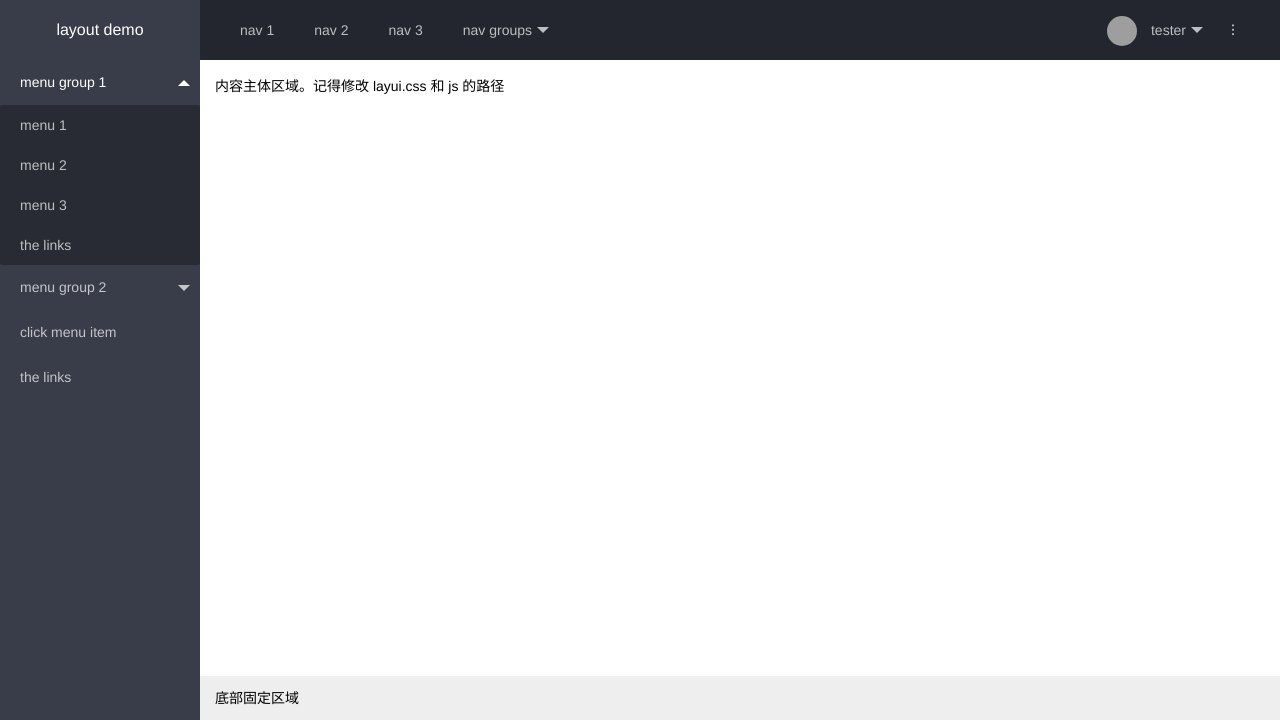
Repository: lithronmatic/web_bigbigevent
Page: index.html
These files come from the project's save history. The page is drawn as it stood at one moment and after the next save; the edit follows.
The browser window is 1280 px wide. The pictures show the whole page.
Pictures or frames that could not be fetched are drawn as grey boxes. The page's requests for data from a server got no answer.

Above is the page before, as saved 2022-09-02 21:25:05.

After the next save:
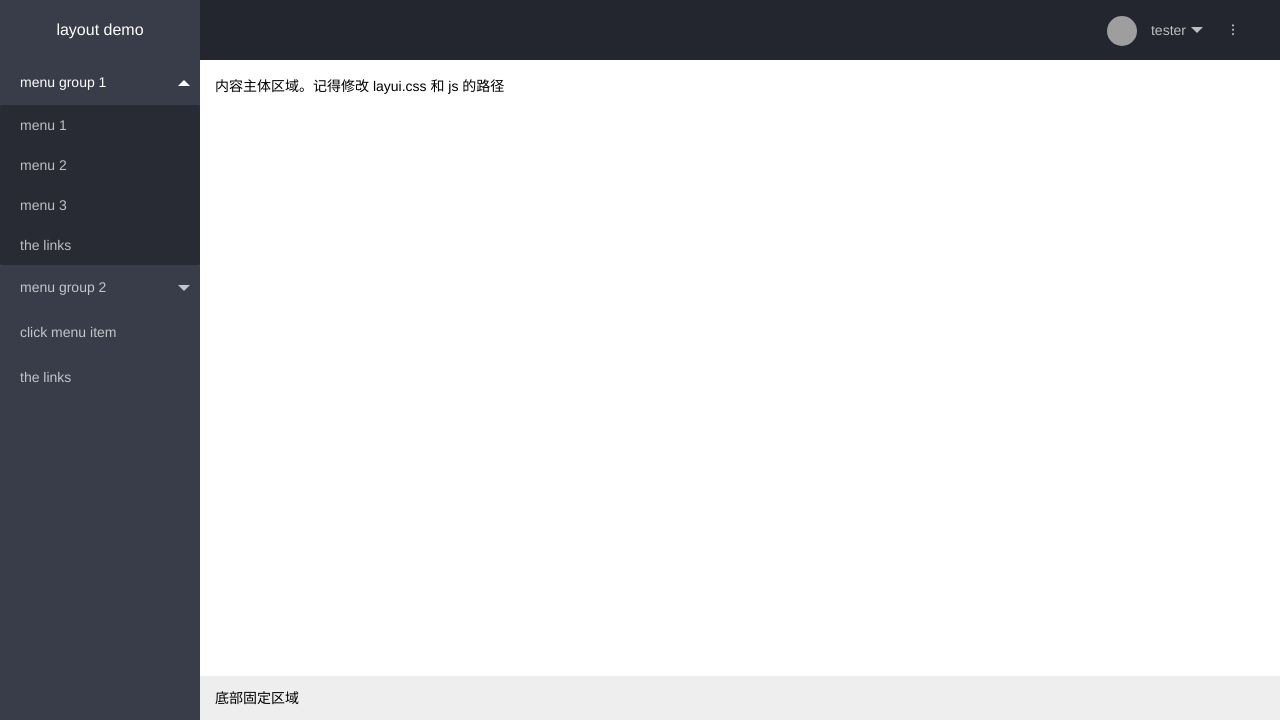
Saved 2 min 0 s later.
--- a/index.html
+++ b/index.html
@@ -14,24 +14,6 @@
         <div class="layui-header">
             <div class="layui-logo layui-hide-xs layui-bg-black">layout demo</div>
             <!-- 头部区域（可配合layui 已有的水平导航） -->
-            <ul class="layui-nav layui-layout-left">
-                <!-- 移动端显示 -->
-                <li class="layui-nav-item layui-show-xs-inline-block layui-hide-sm" lay-header-event="menuLeft">
-                    <i class="layui-icon layui-icon-spread-left"></i>
-                </li>
-
-                <li class="layui-nav-item layui-hide-xs"><a href="">nav 1</a></li>
-                <li class="layui-nav-item layui-hide-xs"><a href="">nav 2</a></li>
-                <li class="layui-nav-item layui-hide-xs"><a href="">nav 3</a></li>
-                <li class="layui-nav-item">
-                    <a href="javascript:;">nav groups</a>
-                    <dl class="layui-nav-child">
-                        <dd><a href="">menu 11</a></dd>
-                        <dd><a href="">menu 22</a></dd>
-                        <dd><a href="">menu 33</a></dd>
-                    </dl>
-                </li>
-            </ul>
             <ul class="layui-nav layui-layout-right">
                 <li class="layui-nav-item layui-hide layui-show-md-inline-block">
                     <a href="javascript:;">
